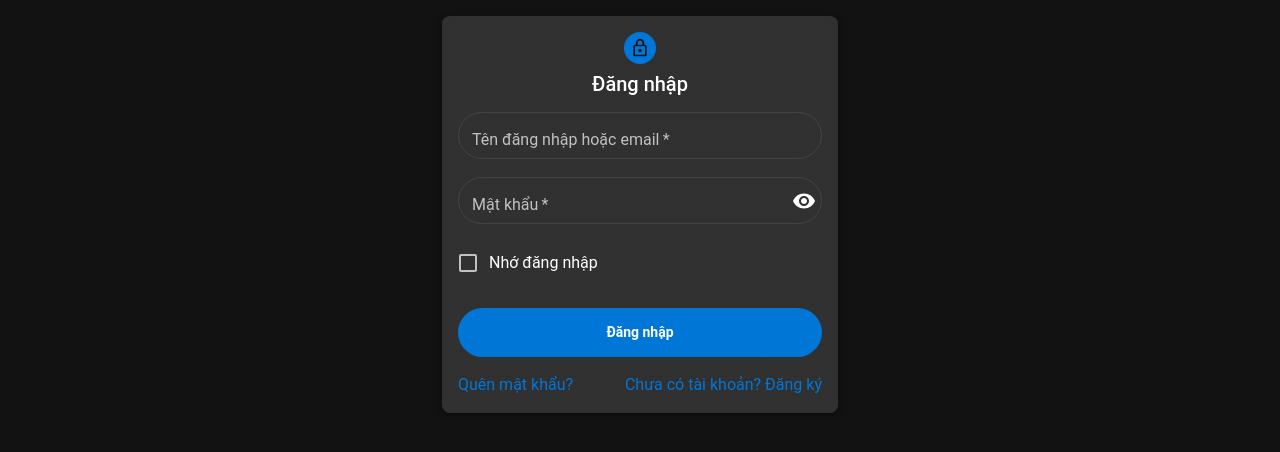
Repository: thtrunghau/ecommerce-ui-dacntt
Page: /auth/login
An editor plug-in stored every save of this project. The page is shown before and after the next save, followed by the edit.
The browser window is 1280 px wide. The pictures show the whole page.
The project was rebuilt for these pictures with package versions that can differ from the ones it lists, and the page was loaded fresh each time. Also part of the build but not shown: vite.config.ts, src/mockData/mockData.ts, src/utils/helpers.ts, src/components/shared/NavDropdown.tsx, src/components/shared/UserMenu.tsx, src/components/shared/Header.tsx, src/components/common/RoundedButton.tsx, src/components/features/home/HeroSection.tsx and 7 more.

Above is the page before, as saved 2025-06-13 00:27:45.

After the next save:
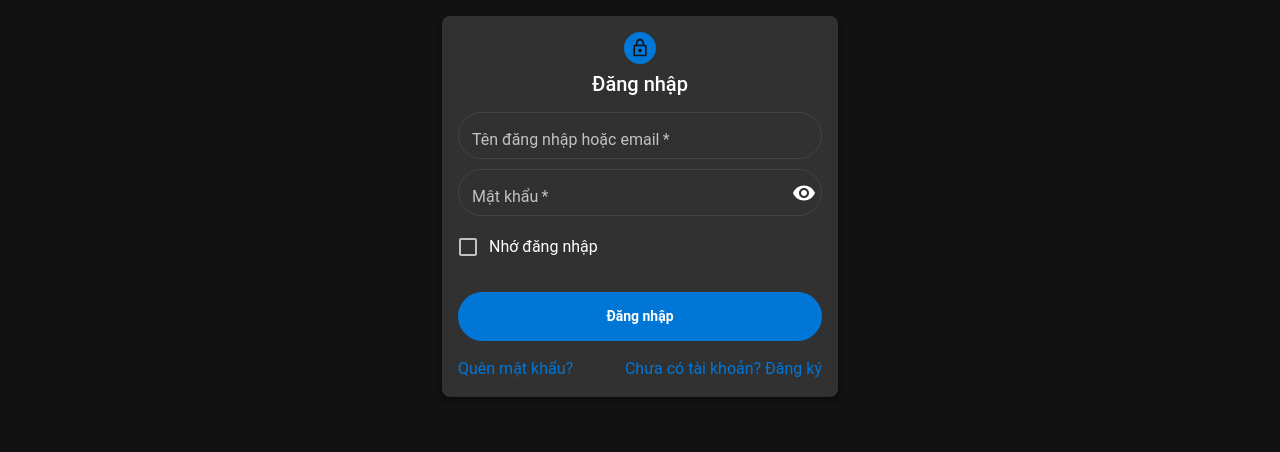
Saved 8 s later.
--- a/src/pages/auth/LoginStandalone.tsx
+++ b/src/pages/auth/LoginStandalone.tsx
@@ -177,8 +177,7 @@ const LoginStandalone: React.FC = () => {
               {formError}
             </Alert>
           )}
-          <Box component="form" onSubmit={handleSubmit} sx={{ width: "100%" }}>
-            <div className="flex flex-col gap-4">
+          <Box component="form" onSubmit={handleSubmit} sx={{ width: "100%" }}>            <div className="flex flex-col gap-2">
               <TextField
                 name="username"
                 required
